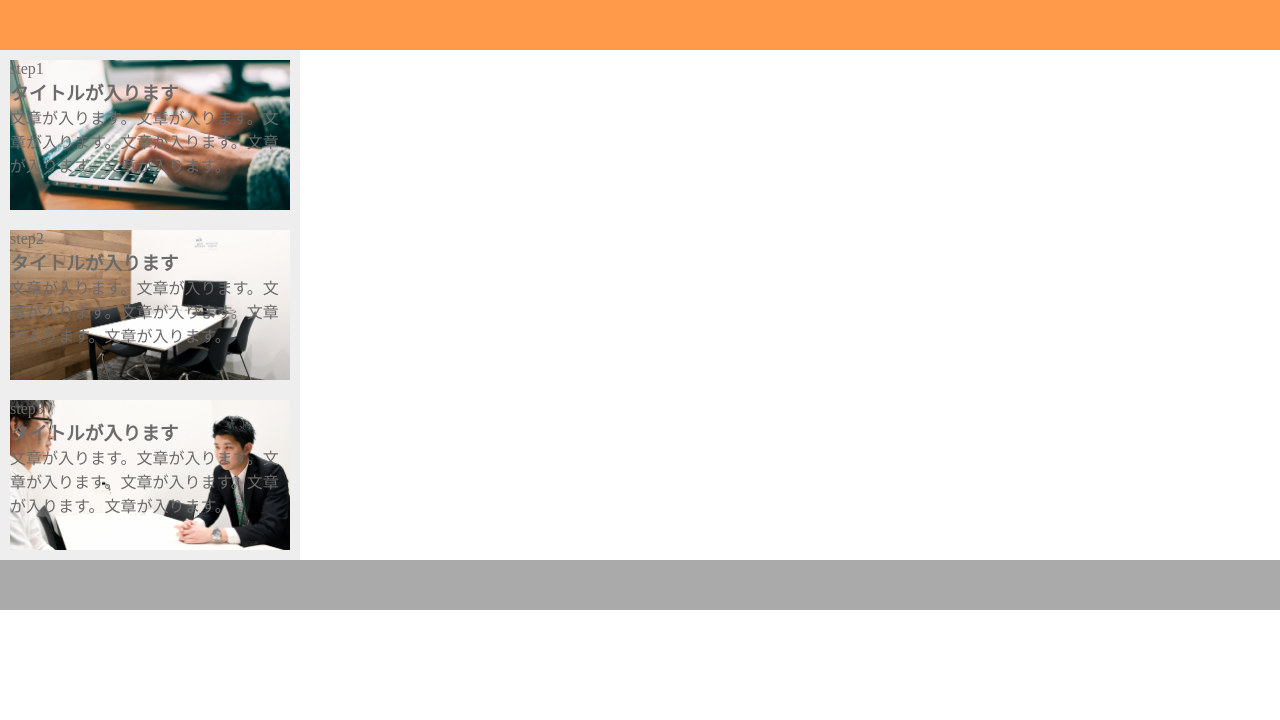
Repository: Yuki-Kawagoe/chapter4
Page: chapter9/index.html
The author's editor kept a record of every edit. The page is drawn from the files as they stood at one moment, then again after the next edit.
The browser window is 1280 px wide. The pictures show the whole page.

Above is the page before.

After the next edit:
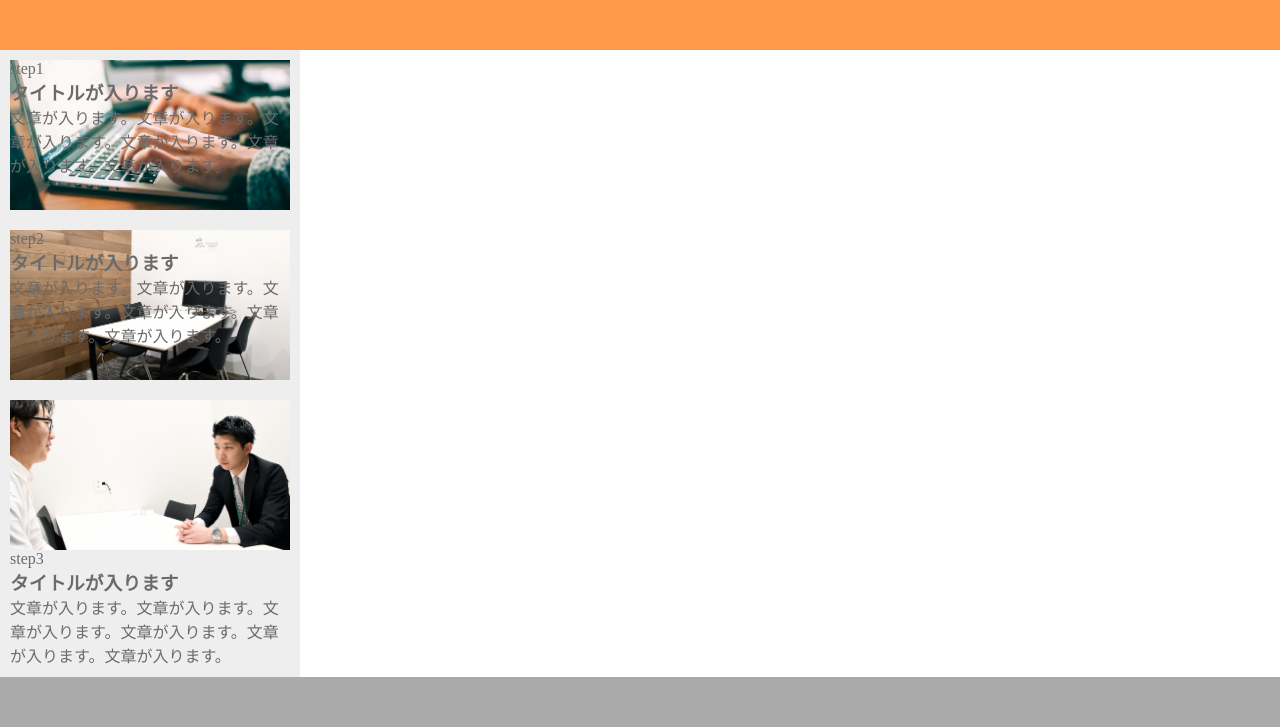
The edit:
--- a/chapter9/index.html
+++ b/chapter9/index.html
@@ -30,7 +30,7 @@
     </div>
 
     <div class="step-box">
-      <div class="step-img3">
+      <div class="step-img3"></div>
        <span class="step-num">step3</span>
         <h3 class="box-title">タイトルが入ります</h3>
           <p class="box-text">
